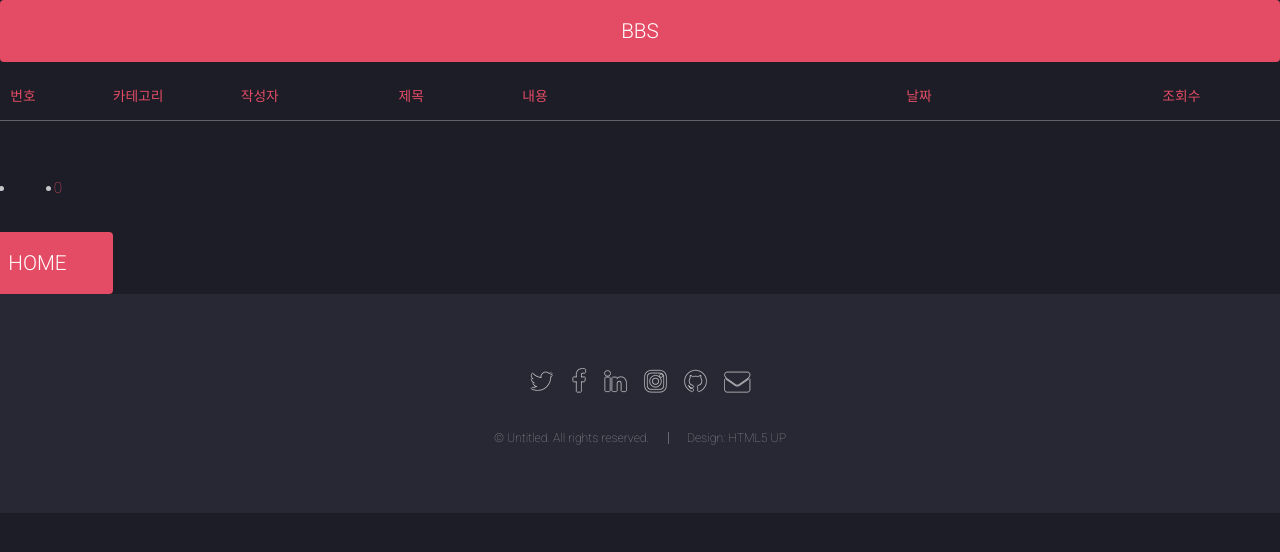
Repository: worMholEamkim/SpringEX
Page: http://localhost/bbs/bbs.do?page=0
An editor plug-in stored every save of this project. The page is shown before and after the next save, followed by the edit.
The browser window is 1280 px wide. The pictures show the whole page.
The page is served by Tomcat 9. Other server files are loaded and not shown. Queries for data that is not in the repository find no rows.

Above is the page before, as saved 2019-03-15 04:46:54.

### JSP_WepPage_Server-master.zip_expanded/JSP_WepPage_Server-master/bbs/WebContent/WEB-INF/bbs.jsp
<%@ page language="java" contentType="text/html; charset=UTF-8"
    pageEncoding="UTF-8"%>
<%@ taglib prefix="c" uri="http://java.sun.com/jsp/jstl/core"%>
<!DOCTYPE HTML>
<html>
	<head>
	<style>
		body a  {
			 text-decoration:none;
			 border-bottom-color:transparent;
		}
	</style>
		<title>BBS</title>
		<meta charset="utf-8" />
		<meta name="viewport" content="width=device-width, initial-scale=1, user-scalable=no" />
		<link rel="stylesheet" href="assets/css/main.css" />
	</head>
		<body class="is-preload landing">
						<!-- Table -->
							<section>
							<div align="center">
								<h3 align="center" class="button primary fit">BBS</h3>
								</div>
								<div class="table-wrapper">
									<table>
										<thead>
											<tr>
												<th width="8%" align="center">
													<a href='bbs.do?id=BBSID'>번호</a></th>
												<th width="10%" align="center">
													<a href='bbs.do?id=BBSCATEGORY'>카테고리</a></th>
												<th align="center">
													<a href='bbs.do?id=ID'>작성자</a></th>
												<th align="center">
													<a href='bbs.do?id=BBSTITLE'>제목</a></th>
												<th width="30%" align="center">
													<a href='bbs.do?id=BBSCONTENT'>내용</a></th>
												<th width="20%" align="center">
													<a href='bbs.do?id=BBSDATE'>날짜</a></th>
												<th width="10%" align="center">
													<a href='bbs.do?id=BBSHIT'>조회수</a></th>

											</tr>
										</thead>
										<tbody>
											<c:forEach var="bbs" items="${list}" >
												<td align="center"><a href='bbsview.do?id=${bbs.bbsId}'>${bbs.bbsId}</a></td>
												<td align="right"><c:choose>
													<c:when test="${bbs.bbsCategory=='math'}">수학</c:when>
													<c:when test="${bbs.bbsCategory=='enjoy'}">여행</c:when>
													<c:when test="${bbs.bbsCategory=='pic'}">사진</c:when>
													<c:when test="${bbs.bbsCategory=='java'}">java</c:when>
													<c:when test="${bbs.bbsCategory=='web'}">웹프로그래밍</c:when>
													<c:when test="${bbs.bbsCategory=='estate'}">부동산</c:when>
													<c:when test="${bbs.bbsCategory=='food'}">음식</c:when>
													<c:when test="${bbs.bbsCategory=='common'}">상식</c:when>

													</c:choose></td>
												<td align="right">${bbs.id}</td>
												<td align="right"><a href='bbsview.do?id=${bbs.bbsId}'>
														<b>${bbs.bbsTitle}</b> </a></td>
												<td align="right"><a href='bbsview.do?id=${bbs.bbsId}'>
														<b>${bbs.bbsContent} </b></a></td>
												<td align="right">${bbs.bbsDate}</td>
												<td align="right">${bbs.bbsHit}</td>
												</tr>
											</c:forEach>
										</tbody>

										<tfoot>
											<tr>
												<td colspan="2"></td>
											</tr>
										</tfoot>
									</table>
									<ul class="row">
										<li class="previous">
											<c:if test='${startPage>1}'>
												<!--  test 뒷부분에 조건을 단다  -->
												<a href='bbs.do?page=${startPage-10}'>이전</a>
											</c:if>
										</li>
										<li>
											<c:forEach begin="${startPage}" end="${endPage}" var="p">
												<a href='bbs.do?page=${p}'  class="butten small">${p}</a>
											</c:forEach>
										</li>
										<li class="next">
											<c:if test='${hasNext==true}'>
												<a href='bbs.do?page=${startPage+10}'>다음</a>
											</c:if>
										</li>
									</ul>
								</div>
								<div class="row">
								<c:if test='${sessionID!=null}'>
									<div>
										<a href='bbsupload2.do' class="button primary large">WRITE</a>
									</div>
								</c:if>
									<a href='home.do'  class="button primary large">HOME</a>
									</div>
								<div align="center">

									<c:if test='${resultBbs >= 1}'>
										<div class="w3-panel">
											<button class="w3-button w3-black" width="10%">
												글쓰기 성공
											</button>
										</div>
									</c:if>
									<c:if test='${resultBbs < 1}'>
										<div class="w3-panel">
											<button class="w3-button w3-red" width="10%">
											 글쓰기 실패
											</button>
										</div>
									</c:if>

									<c:if test='${deleteResult >= 1}'>
										<div class="w3-panel">
											<button class="w3-button w3-black" width="10%">
												글삭제 성공
											</button>
										</div>
									</c:if>
									<c:if test='${deleteResult < 1}'>
										<div class="w3-panel">
											<button class="w3-button w3-red" width="10%">
											 글삭제 실패
											</button>
										</div>
									</c:if>

										<c:if test='${updateBbsResult >= 1}'>
										<div class="w3-panel">
											<button class="w3-button w3-black" width="10%">
												글수정 성공
											</button>
										</div>
									</c:if>
									<c:if test='${updateBbsResult < 1}'>
										<div class="w3-panel">
											<button class="w3-button w3-red" width="10%">
											 글수정 실패
											</button>
										</div>
									</c:if>
								</div>

							</section>








		<!-- Scripts -->
			<script src="assets/js/jquery.min.js"></script>
			<script src="assets/js/jquery.scrolly.min.js"></script>
			<script src="assets/js/jquery.dropotron.min.js"></script>
			<script src="assets/js/jquery.scrollex.min.js"></script>
			<script src="assets/js/browser.min.js"></script>
			<script src="assets/js/breakpoints.min.js"></script>
			<script src="assets/js/util.js"></script>
			<script src="assets/js/main.js"></script>
				<footer id="footer">
					<ul class="icons">
						<li><a href="#" class="icon alt fa-twitter"><span class="label">Twitter</span></a></li>
						<li><a href="#" class="icon alt fa-facebook"><span class="label">Facebook</span></a></li>
						<li><a href="#" class="icon alt fa-linkedin"><span class="label">LinkedIn</span></a></li>
						<li><a href="#" class="icon alt fa-instagram"><span class="label">Instagram</span></a></li>
						<li><a href="#" class="icon alt fa-github"><span class="label">GitHub</span></a></li>
						<li><a href="#" class="icon alt fa-envelope"><span class="label">Email</span></a></li>
					</ul>
					<ul class="copyright">
						<li>&copy; Untitled. All rights reserved.</li><li>Design: <a href="http://html5up.net">HTML5 UP</a></li>
					</ul>
				</footer>


	</body>
</html>

### JSP_WepPage_Server-master.zip_expanded/JSP_WepPage_Server-master/bbs/src/com/jsp/controller/BbsController.java
package com.jsp.controller;

import java.io.IOException;
import java.util.List;

import javax.servlet.RequestDispatcher;
import javax.servlet.ServletException;
import javax.servlet.http.HttpServlet;
import javax.servlet.http.HttpServletRequest;
import javax.servlet.http.HttpServletResponse;

import com.jsp.dao.BbsDao;
import com.jsp.dto.BbsDto;

public class BbsController extends HttpServlet {

	@Override
	protected void doGet(HttpServletRequest req, HttpServletResponse resp) throws ServletException, IOException {
		process(req, resp);
	}

	@Override
	protected void doPost(HttpServletRequest req, HttpServletResponse resp) throws ServletException, IOException {
		process(req, resp);
	}
	private void process(HttpServletRequest req, HttpServletResponse resp) throws ServletException, IOException {

		String page = req.getParameter("page");
		String bbsColum = req.getParameter("id");

		if(bbsColum==null || bbsColum.trim().contentEquals("")) {
			bbsColum="BBSID";
		}
		if(page==null || page.trim().contentEquals("")) {
			page="1";
		}
		int nowPage = Integer.parseInt(page);

		int startNum = 0;

		int endNum = 0;

		int perpage = 20;

		endNum = 0;
		startNum = endNum - 19;

		BbsDao bbsDao = BbsDao.getInstance();
		List<BbsDto> list = bbsDao.selectAll(startNum, perpage);

		req.setAttribute("list", list);


		RequestDispatcher rd = req.getRequestDispatcher(
				"/WEB-INF/bbs.jsp");
		rd.forward(req, resp);
	}
}

### JSP_WepPage_Server-master.zip_expanded/JSP_WepPage_Server-master/bbs/src/com/jsp/dao/BbsDao.java
package com.jsp.dao;

import java.sql.Connection;
import java.sql.DriverManager;
import java.sql.PreparedStatement;
import java.sql.ResultSet;
import java.sql.SQLException;
import java.util.ArrayList;
import java.util.List;

import com.jsp.dto.BbsDto;

public class BbsDao {

	private static BbsDao bbsDao;
	private Connection conn;
	private PreparedStatement pstmt;
	private int result;
	private ResultSet rs;
	private List<BbsDto> bbsList;


	private BbsDao() {
	}



	public static synchronized BbsDao getInstance() {
		if(bbsDao == null) {
			bbsDao = new BbsDao();
	}
		return bbsDao;
	}
	public Connection getConnect() {
		String url = "jdbc:oracle:thin:@localhost:1521:xe";
		String id = "BIG";
		String pw ="1234";
		try {
			Class.forName("core.log.jdbc.driver.OracleDriver");
			conn = DriverManager.getConnection(url, id, pw);

		} catch(ClassNotFoundException e) {
			e.printStackTrace();
		} catch(SQLException e) {
			e.printStackTrace();
		}
		return conn;
	}

	public BbsDto selectById(String id) {

		// id 확인
		//System.out.println("dao에서 id = " + id);
		BbsDto bbsDto = new BbsDto();
		//System.out.println("왜");
		conn = this.getConnect();
		//System.out.println("에러가난거야 쉬뱌ㅠㅠ");

		StringBuffer query = new StringBuffer();
		query.append("SELECT *");
		query.append(" FROM BBS");
		query.append(" WHERE BBSID=? ");

		try {
			//System.out.println("양심적으로 try문은 들어가야지?");
			pstmt = conn.prepareStatement(query.toString());
			pstmt.setString(1, id);

			//System.out.println("설마 여긴가?");
			rs = pstmt.executeQuery();
			// rs 확인
			//System.out.println("dao에서 " + rs);
			while (rs.next()) {

				bbsDto.setId(rs.getString("ID"));
				bbsDto.setBbsId(rs.getString("BBSID"));
				bbsDto.setBbsTitle(rs.getString("BBSTITLE"));
				bbsDto.setBbsDate(rs.getString("BBSDATE"));
				bbsDto.setBbsCategory(rs.getString("BBSCATEGORY"));
				bbsDto.setBbsContent(rs.getString("BBSCONTENT"));
				bbsDto.setBbsHit(rs.getString("BBSHIT"));
				//System.out.println(bbsDto.toString());
			}
		} catch (SQLException e) {

		} finally {
			this.close(conn, pstmt, null);
		}
		return bbsDto;
	}


	public BbsDto selectBeforeById(String id) {

		BbsDto bbsDto = new BbsDto();
		conn = this.getConnect();
		StringBuffer query = new StringBuffer();

		query.append("SELECT * FROM BBS WHERE BBSID IN ");
		query.append(" ((SELECT MAX(BBSID) FROM BBS ");
		query.append(" WHERE BBSID < ? ))");
		try {
			pstmt = conn.prepareStatement(query.toString());
			pstmt.setString(1, id);
			rs = pstmt.executeQuery();

			while(rs.next()) {
				bbsDto.setId(rs.getString("ID"));
				bbsDto.setBbsId(rs.getString("BBSID"));
				bbsDto.setBbsTitle(rs.getString("BBSTITLE"));
				bbsDto.setBbsDate(rs.getString("BBSDATE"));
				bbsDto.setBbsCategory(rs.getString("BBSCATEGORY"));
				bbsDto.setBbsContent(rs.getString("BBSCONTENT"));
				bbsDto.setBbsHit(rs.getString("BBSHIT"));
			}
		} catch (SQLException e) {

		} finally {
			this.close(conn, pstmt, null);
		}
		return bbsDto;
	}


	public BbsDto selectAfterById(String id) {

		BbsDto	bbsDto = new BbsDto();
		conn = this.getConnect();
		StringBuffer query = new StringBuffer();

		query.append("SELECT * FROM BBS WHERE BBSID IN ");
		query.append(" ((SELECT MIN(BBSID) FROM BBS ");
		query.append(" WHERE BBSID > ? )) ");
		try {
			pstmt = conn.prepareStatement(query.toString());
			pstmt.setString(1, id);
			rs = pstmt.executeQuery();

			while(rs.next()) {
				bbsDto.setId(rs.getString("ID"));
				bbsDto.setBbsId(rs.getString("BBSID"));
				bbsDto.setBbsTitle(rs.getString("BBSTITLE"));
				bbsDto.setBbsDate(rs.getString("BBSDATE"));
				bbsDto.setBbsCategory(rs.getString("BBSCATEGORY"));
				bbsDto.setBbsContent(rs.getString("BBSCONTENT"));
				bbsDto.setBbsHit(rs.getString("BBSHIT"));
			}
		} catch (SQLException e) {

		} finally {
			this.close(conn, pstmt, null);
		}
		return bbsDto;
	}


	public int hitUpdate(String id) {

		conn = this.getConnect();
		StringBuffer query = new StringBuffer();
		query.append("UPDATE BBS SET BBSHIT = BBSHIT +1 WHERE BBSID=?");
			try {
				pstmt = conn.prepareStatement(query.toString());
				pstmt.setString(1, id);
				result = pstmt.executeUpdate();
			} catch(SQLException e1) {
	}
			finally {
				this.close(conn, pstmt, null);
			}
			return result;
	}

	public int hitUpdate(Connection conn, String id) {

			conn = this.getConnect();
			StringBuffer query = new StringBuffer();
			query.append("UPDATE BBS SET BBSHIT = BBSHIT +1 WHERE BBSID=?");
				try {
					pstmt = conn.prepareStatement(query.toString());
					pstmt.setString(1, id);
					result = pstmt.executeUpdate();
				} catch(SQLException e1) {
		}
				finally {
					this.close(conn, pstmt, null);
				}
				return result;
		}



	public int update(BbsDto bbsDto) {

		conn = this.getConnect();
		StringBuffer query = new StringBuffer();
		query.append("UPDATE BBS SET ");
		query.append(" BBTITLE=?, BBSCATEGORY=?, BBSCONTENT=?");
		query.append(" WHERE BBSID=?");
			try {
				pstmt = conn.prepareStatement(query.toString());
				pstmt.setString(1, bbsDto.getBbsTitle());
				pstmt.setString(2, bbsDto.getBbsCategory());
				pstmt.setString(3, bbsDto.getBbsContent());
				pstmt.setString(4, bbsDto.getBbsId());

				result = pstmt.executeUpdate();
			} catch (SQLException e1) {

			} finally {
				this.close(conn, pstmt, null);
			}
			return result;
	}


	public int insert(BbsDto bbsDto) {

		conn = this.getConnect();
		StringBuffer query = new StringBuffer();
		query.append("INSERT INTO BBS(BBSID, ID, BBSTITLE, BBSDATE, BBSCATEGORY, BBSCONTENT, BBSHIT)");
		query.append(" VALUES (bbs_seq.nextval ,? ,? ,sysdate,? ,? ,0 )");

		try {
			pstmt = conn.prepareStatement(query.toString());
			pstmt.setString(1, bbsDto.getId());
			pstmt.setString(2, bbsDto.getBbsTitle());
			pstmt.setString(3, bbsDto.getBbsCategory());
			pstmt.setString(4, bbsDto.getBbsContent());

			result = pstmt.executeUpdate();

		} catch (SQLException e) {
			e.printStackTrace();
		} finally {
			this.close(conn, pstmt, null);
		}
		return result;
	}


	public int insertOracle(BbsDto bbsDto) {

		conn = this.getConnect();
		StringBuffer query = new StringBuffer();
		query.append("INSERT INTO BBS(BBSID, ID, BBSTITLE, BBSDATE, BBSCATEGORY, BBSCONTENT, BBSHIT)");
		query.append(" VALUES(BBS_SEQ.BEXTVAL, ? ,? ,NOW(), ?, ?, 0 )");

		try {
			pstmt = conn.prepareStatement(query.toString());
			pstmt.setString(1,  bbsDto.getId());
			pstmt.setString(2,  bbsDto.getBbsTitle());
			pstmt.setString(3,  bbsDto.getBbsCategory());
			pstmt.setString(4,  bbsDto.getBbsContent());

			result = pstmt.executeUpdate();
		} catch (SQLException e) {
			e.printStackTrace();
		} finally {
			this.close(conn, pstmt, null);
		}
		return result;
	}


	public List<BbsDto> selectAll(int startNum, int perpage) {
		bbsList = new ArrayList<>();
		conn = this.getConnect();
		StringBuffer query = new StringBuffer();
		query.append("SELECT T2.*");
		query.append("	FROM (SELECT ROWNUM R2, T.*");
		query.append("	FROM (SELECT BBSID, ID, substr(BBSTITLE, 1, 10) BBSTITLE, BBSDATE,");
		query.append("BBSCATEGORY, substr(BBSCONTENT, 1, 15) BBSCONTENT, BBSHIT ");
		query.append(" FROM BBS ORDER BY BBSID DESC ) T) T2 ");
		query.append("WHERE T2.R2 BETWEEN ? AND ?");

		try {
			pstmt = conn.prepareStatement(query.toString());
			pstmt.setInt(1, startNum - 1);
			pstmt.setInt(2, perpage);


			rs = pstmt.executeQuery();
			while (rs.next()) {
				BbsDto bbsDto = new BbsDto();

				bbsDto.setId(rs.getString("ID"));
				bbsDto.setBbsId(rs.getString("BBSID"));
				bbsDto.setBbsTitle(rs.getString("BBSTITLE"));
				bbsDto.setBbsDate(rs.getString("BBSDATE"));
				bbsDto.setBbsCategory(rs.getString("BBSCATEGORY"));
				bbsDto.setBbsContent(rs.getString("BBSCONTENT"));
				bbsDto.setBbsHit(rs.getString("BBSHIT"));

				bbsList.add(bbsDto);
			}
			} catch(SQLException e) {
				e.printStackTrace();
		}	return bbsList;
}


	public int delete(int id) {

		conn = this.getConnect();
		StringBuffer query = new StringBuffer();

		try {

			query.append("DELETE FROM BBS");
			query.append(" WHERE BBSID = ?");
			pstmt = conn.prepareStatement(query.toString());
			pstmt.setInt(1,  id);
			int result = pstmt.executeUpdate();

			return result;
		} catch (SQLException e) {
			e.printStackTrace();
		} finally {
			this.close(conn, pstmt, null);
		}
		return -1;
	}



	public int getTotalCount() {

		conn = this.getConnect();
		StringBuffer query = new StringBuffer();
		query.append("SELECT count(*)");
		query.append(" FROM BBS");

		try {
			pstmt = conn.prepareStatement(query.toString());
			rs = pstmt.executeQuery();

			if(rs.next()) {
				return rs.getInt("count(*)");
			}
		} catch (SQLException e) {
			e.printStackTrace();
		} finally {
			this.close(conn, pstmt, rs);
		}
		return -1;
	}


	public void close(Connection conn, PreparedStatement stmt, ResultSet rs) {
		if (rs != null) {
			try {
				rs.close();
			} catch (SQLException e) {
			}
		}
		if (stmt != null) {
			try {
				stmt.close();
			} catch (SQLException e) {
			}
		}
		if (conn != null) {
			try {
				conn.close();
			} catch (SQLException e) {
			}
		}
	}

	public static void main(String[] args) {
		BbsDao mDao = BbsDao.getInstance();
	}


}

Loaded but not shown: JSP_WepPage_Server-master.zip_expanded/JSP_WepPage_Server-master/bbs/WebContent/assets/js/jquery.min.js (library); JSP_WepPage_Server-master.zip_expanded/JSP_WepPage_Server-master/bbs/WebContent/assets/js/jquery.scrolly.min.js (common file); JSP_WepPage_Server-master.zip_expanded/JSP_WepPage_Server-master/bbs/WebContent/assets/js/jquery.dropotron.min.js (library); JSP_WepPage_Server-master.zip_expanded/JSP_WepPage_Server-master/bbs/WebContent/assets/js/jquery.scrollex.min.js (common file); JSP_WepPage_Server-master.zip_expanded/JSP_WepPage_Server-master/bbs/WebContent/assets/js/browser.min.js (common file); JSP_WepPage_Server-master.zip_expanded/JSP_WepPage_Server-master/bbs/WebContent/assets/js/breakpoints.min.js (common file); JSP_WepPage_Server-master.zip_expanded/JSP_WepPage_Server-master/bbs/WebContent/assets/css/font-awesome.min.css (library); JSP_WepPage_Server-master.zip_expanded/JSP_WepPage_Server-master/bbs/WebContent/assets/js/util.js (587 lines, source omitted); JSP_WepPage_Server-master.zip_expanded/JSP_WepPage_Server-master/bbs/WebContent/assets/js/main.js (250 lines, source omitted); JSP_WepPage_Server-master.zip_expanded/JSP_WepPage_Server-master/bbs/WebContent/assets/css/main.css (4070 lines, source omitted)

After the next save:
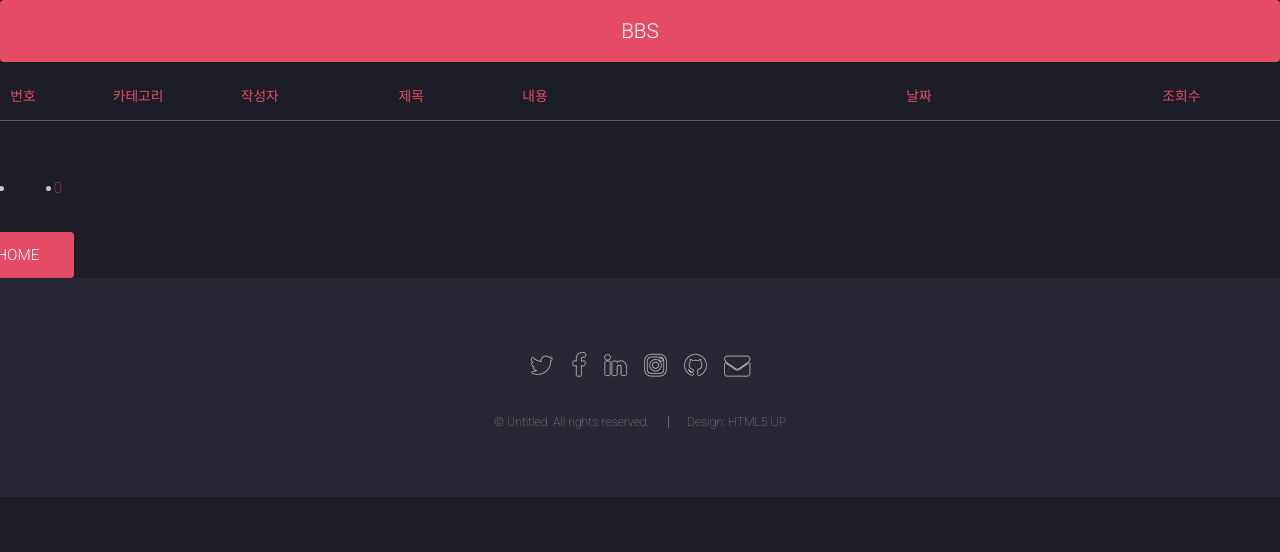
Saved 35 s later.
--- a/JSP_WepPage_Server-master.zip_expanded/JSP_WepPage_Server-master/bbs/WebContent/WEB-INF/bbs.jsp
+++ b/JSP_WepPage_Server-master.zip_expanded/JSP_WepPage_Server-master/bbs/WebContent/WEB-INF/bbs.jsp
@@ -95,10 +95,10 @@
 								<div class="row">
 								<c:if test='${sessionID!=null}'>
 									<div>
-										<a href='bbsupload2.do' class="button primary large">WRITE</a>
+										<a href='bbsupload2.do' class="button primary">WRITE</a>
 									</div>
 								</c:if>
-									<a href='home.do'  class="button primary large">HOME</a>
+									<a href='home.do'  class="button primary">HOME</a>
 									</div>
 								<div align="center">
 
